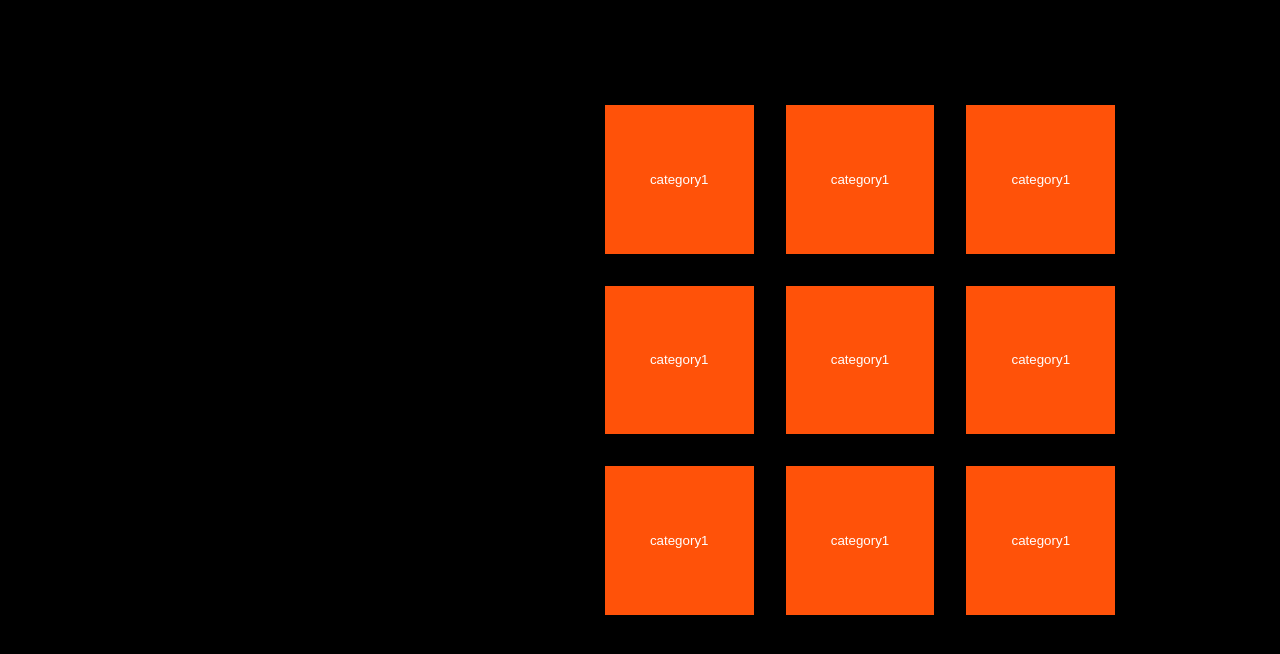
Repository: drumsmanku/react-capstone-project-2
Page: /categories
An editor plug-in stored every save of this project. The page is shown before and after the next save, followed by the edit.
The browser window is 1280 px wide. The pictures show the whole page.
Some web fonts or font styles are not loaded; a fallback is used. The project was rebuilt for these pictures with package versions that can differ from the ones it lists, and the page was loaded fresh each time. Also part of the build but not shown: src/components/RegistrationPage.js, src/components/SubmitSuccess.js.

Above is the page before, as saved 2023-05-24 08:47:03.

After the next save:
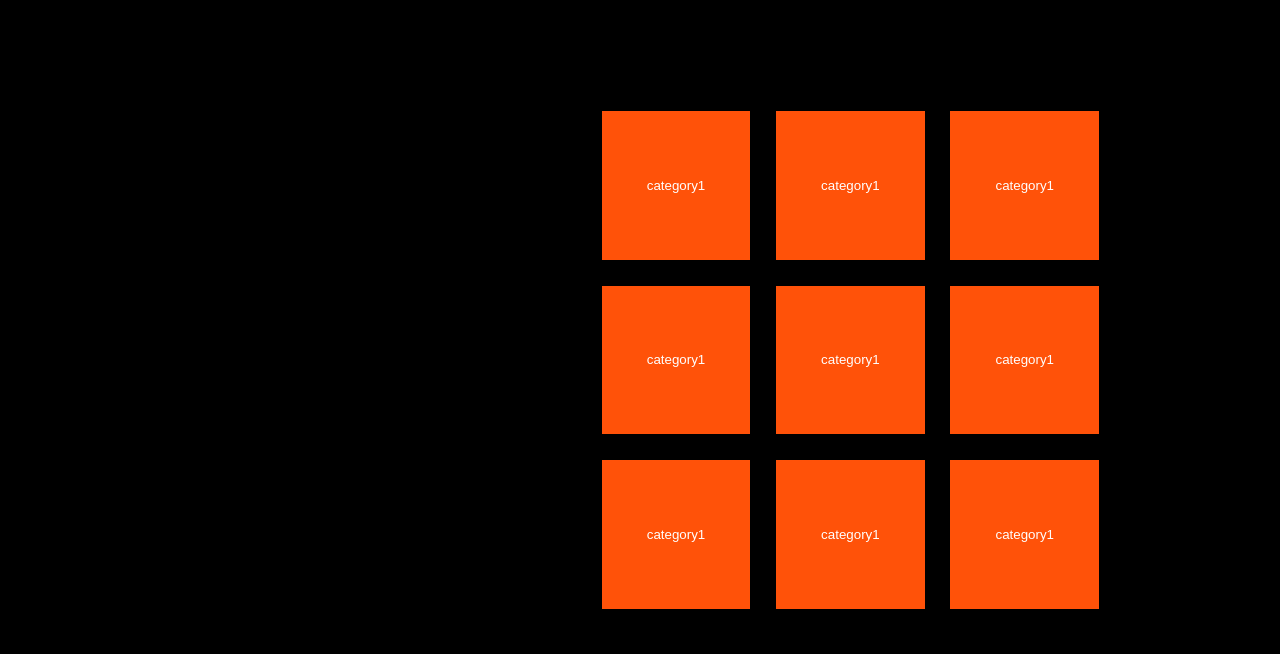
Saved 19 s later.
--- a/src/components/CategoriesPage.js
+++ b/src/components/CategoriesPage.js
@@ -11,7 +11,7 @@ function CategoriesPage(props) {
       <div className='second-container'>
         <div className='category-container'>
           {categories.map((category, index)=>(
-            <button style={{border:'none', background:'none',color:'white', backgroundColor:backgroundcolor[index], height:'9.3rem', width:'9.3rem', margin:'1rem'}} key={index}>{category}</button>
+            <button style={{border:'none', background:'none',color:'white', backgroundColor:backgroundcolor[index], height:'9.3rem', width:'9.3rem', margin:'0.8rem'}} key={index}>{category}</button>
           ))}
         </div>
         <div>
